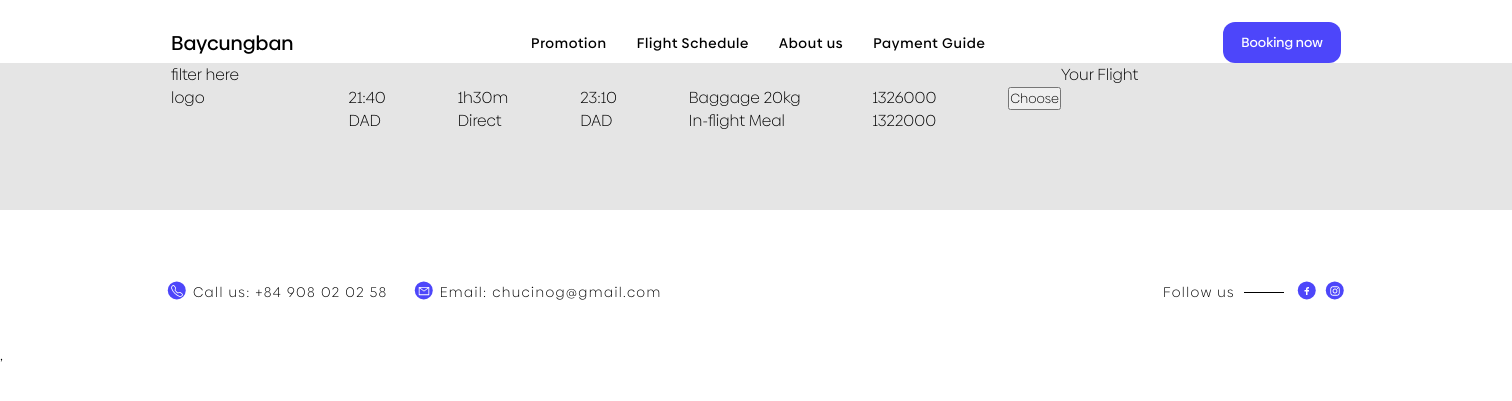
Repository: pinocoding/my-flying
Page: /list (app in my-flying/)
These files come from the project's save history. The page is drawn as it stood at one moment and after the next save; the edit follows.
The browser window is 1280 px wide. The page is 1512 px wide, so the pictures cover 1512 px, including what lies to the right of the window. The pictures show the whole page.
The project was rebuilt for these pictures with package versions that can differ from the ones it lists, and the page was loaded fresh each time. Also part of the build but not shown: my-flying/src/components/InDecreaBtn/InDecreaBtn.js, my-flying/src/components/TravelBooking/TravelBooking.css, my-flying/src/components/TravelBooking/TravelBooking.js, my-flying/src/components/home/Home.css, my-flying/src/components/home/Home.js. Imported but missing from the stored project, and not drawn on this page: my-flying/src/reportWebVitals.

Above is the page before, as saved 2022-09-09 16:56:45.

After the next save:
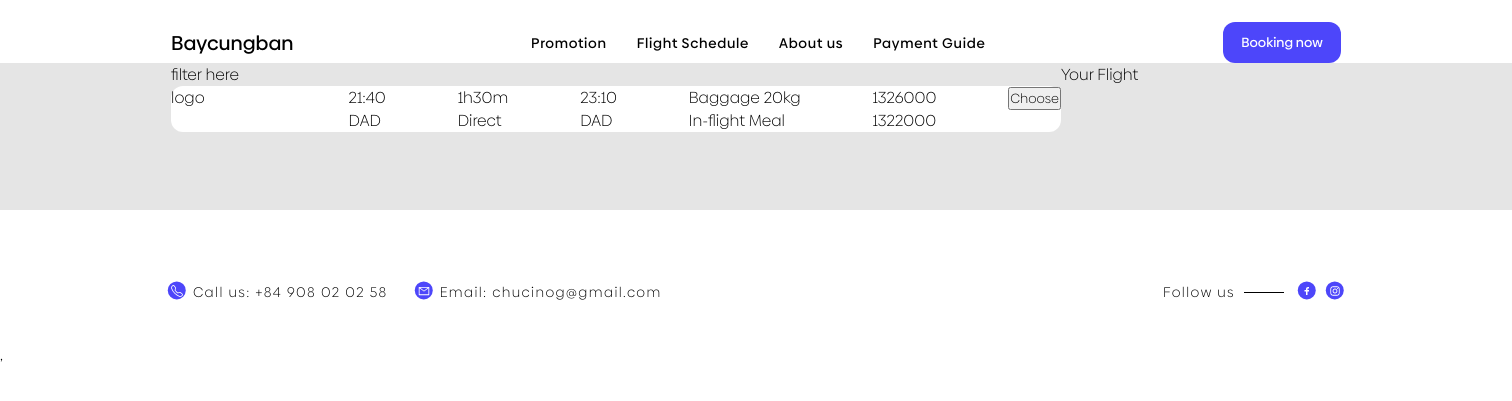
Saved 13 s later.
--- a/my-flying/src/components/FlightsInfor/FlightInfor.css
+++ b/my-flying/src/components/FlightsInfor/FlightInfor.css
@@ -1,6 +1,7 @@
 .flight-container {
   width: 100%;
-  background-color: ;
+  background: #ffffff;
+  border-radius: 12px;
 }
 
 .flight-container ul {
